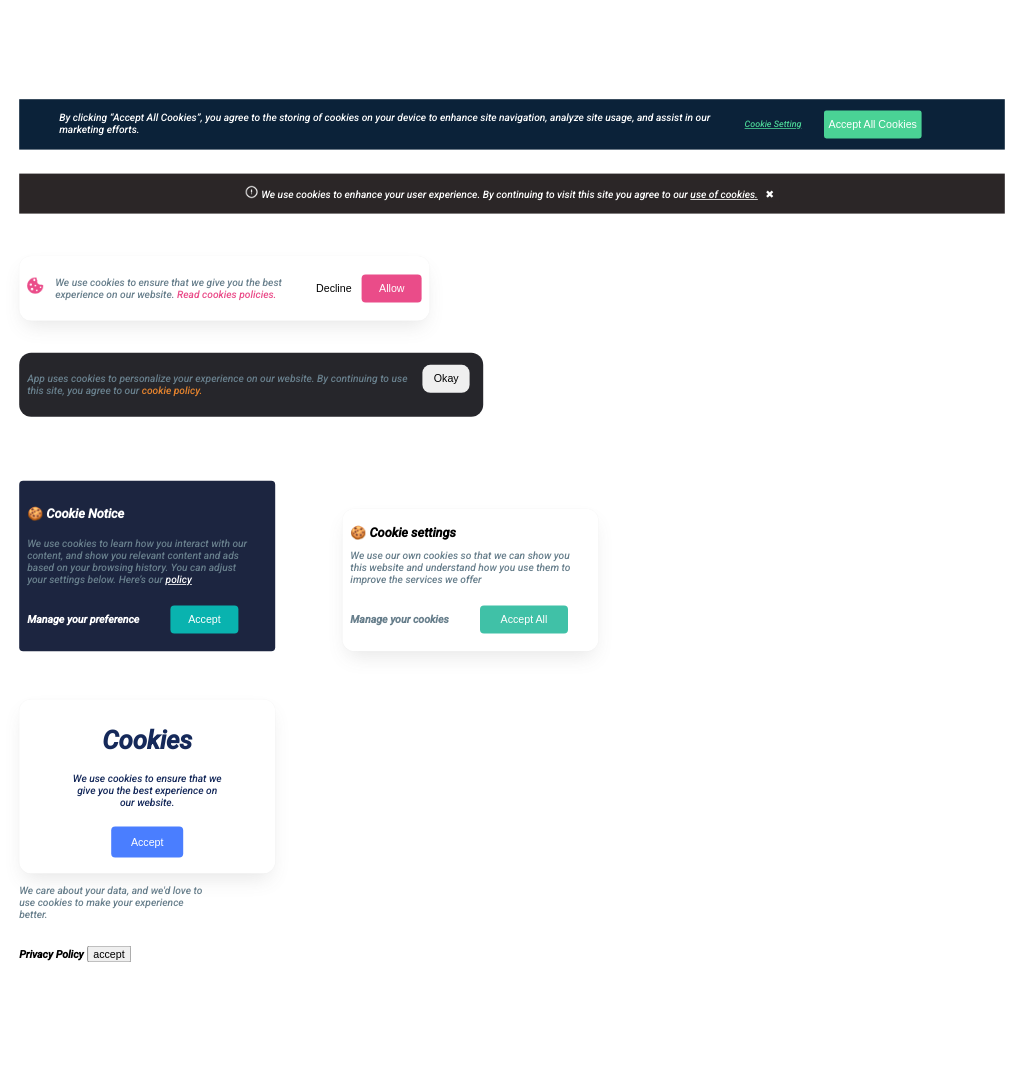
Repository: batonAnton/cursor_cookies_lectr3
Page: index.html
These files come from the project's save history. The page is drawn as it stood at one moment and after the next save; the edit follows.
The browser window is 1280 px wide. The pictures show the whole page, at 80% of full size.

Above is the page before, as saved 2022-06-01 15:08:37.

After the next save:
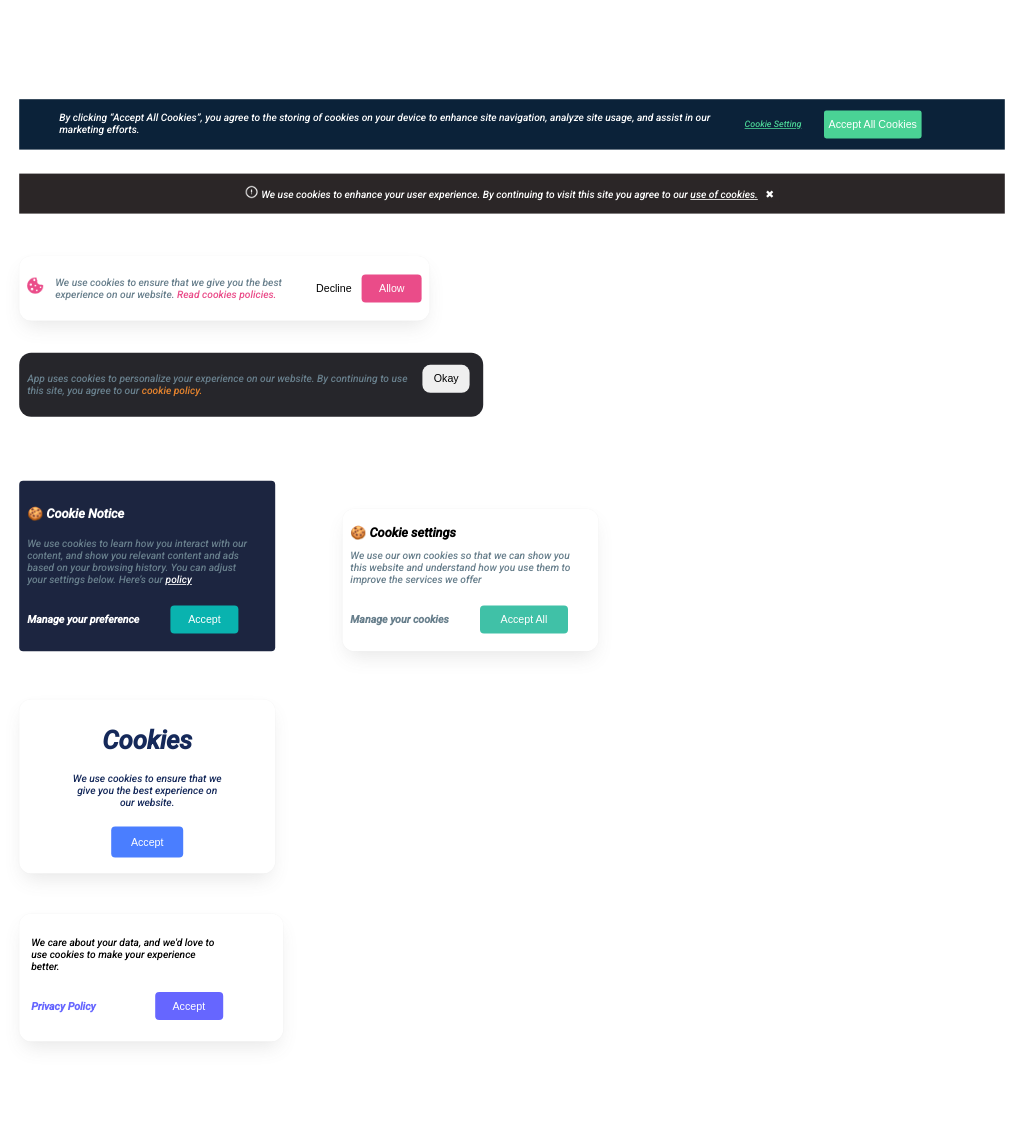
Saved 115 s later.
--- a/css/style.css
+++ b/css/style.css
@@ -221,3 +221,34 @@ p {
   height: 39px;
   margin: 10px 0 10px 0;
 }
+
+.banner_8{
+    padding: 15px;
+  background: #ffffff;
+  box-shadow: 0px 12px 24px -6px rgba(96, 96, 96, 0.15),
+    0px 0px 1px rgba(96, 96, 96, 0.1);
+  display: block;
+  width: 300px;
+  border-radius: 15px;
+  margin-top: 50px;
+
+}
+
+.banner_8 p{
+    color: #000000;
+}
+
+.banner_8 h5{
+    color: #6666FF ;
+}
+
+.banner_8 button{
+    background-color: #6666FF;
+    border-radius: 5px;
+    border: none;
+    margin-left: 70px;
+    text-transform: capitalize;
+    height: 35px;
+    width: 85px;
+    color: #ffffff;
+}
